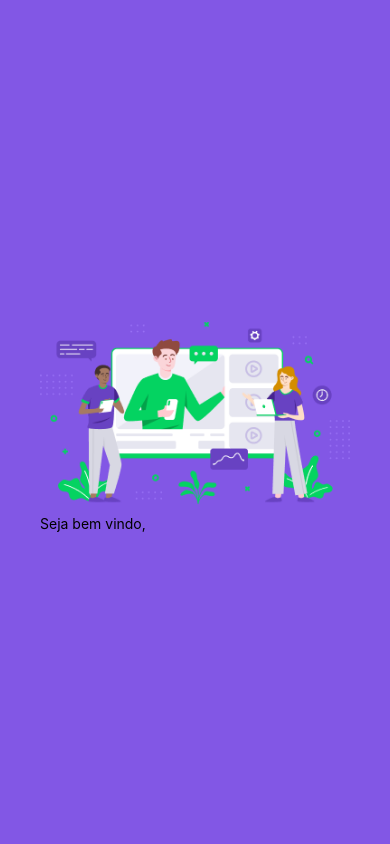
Repository: R4YC0NLima/Proffy_nlw
Screen: / (app in proffy_mobile/)
An editor plug-in stored every save of this project. The screen is shown before and after a run of saves, followed by the edit.
The app was drawn by React Native's web renderer in a window 390 px wide. The project was rebuilt for these pictures with package versions that can differ from the ones it lists, and the page was loaded fresh each time.

Above is the screen before, as saved 2020-08-12 08:38:57.

After the next 5 saves:
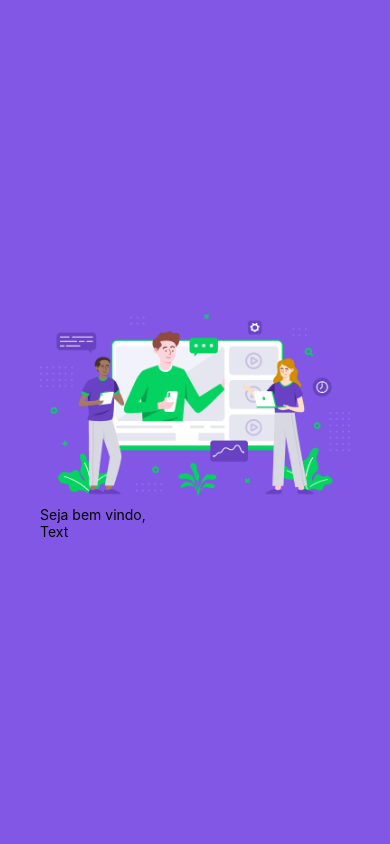
The 5 saves are shown as one change because they came seconds apart.
The last was saved 10 s later.
--- a/proffy_mobile/src/pages/Landing/index.tsx
+++ b/proffy_mobile/src/pages/Landing/index.tsx
@@ -9,7 +9,9 @@
   return (
     <View style={styles.container}>
       <Image source={landingImg} style={styles.banner} />
-      <Text style={styles.title}>Seja bem vindo, {'\n'}</Text>
+      <Text style={styles.title}>Seja bem vindo, {'\n'}
+        Text
+      </Text>
     </View>
   );
 }

After the 2 saves that followed:
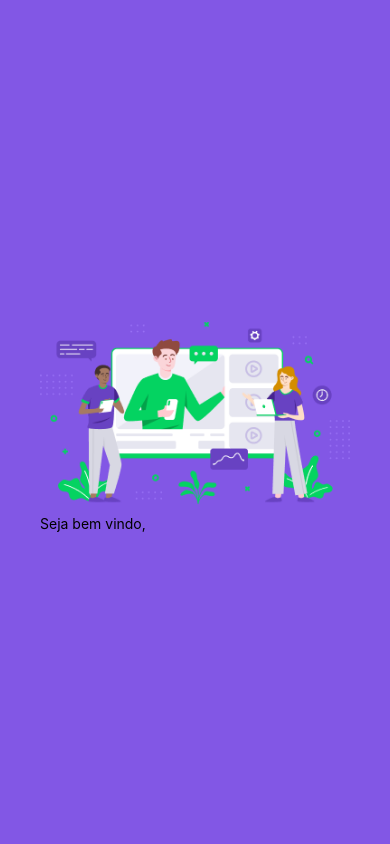
The 2 saves are shown as one change because they came seconds apart.
The last was saved 6 s later.
--- a/proffy_mobile/src/pages/Landing/index.tsx
+++ b/proffy_mobile/src/pages/Landing/index.tsx
@@ -10,7 +10,7 @@
     <View style={styles.container}>
       <Image source={landingImg} style={styles.banner} />
       <Text style={styles.title}>Seja bem vindo, {'\n'}
-        Text
+        <Text></Text>
       </Text>
     </View>
   );
